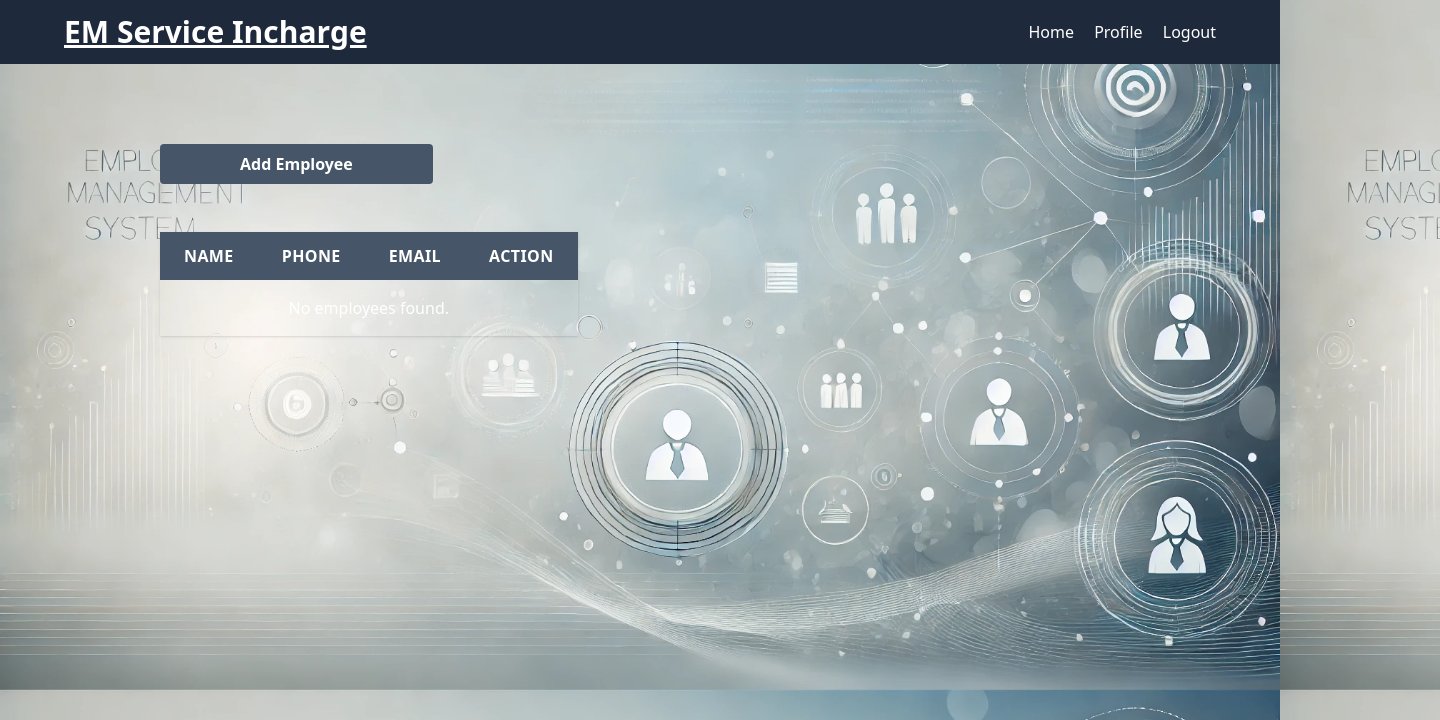
Repository: Vaibhav979/EmployeeManagement-Spring
Page: / (app in em-project-view/)
An editor plug-in stored every save of this project. The page is shown before and after a run of saves, followed by the edit.
The browser window is 1280 px wide. The page is 1440 px wide, then 1280 px, then 1440 px, so the pictures cover 1440 px, including what lies to the right of the window. The pictures show the whole page.
The page's requests for data from a server got no answer. The project was rebuilt for these pictures with package versions that can differ from the ones it lists, and the page was loaded fresh each time. No one was signed in, and anything a server would have sent is missing. Also part of the build but not shown: em-project-view/vite.config.js, em-project-view/src/components/AddEmployee.jsx.

Above is the page before, as saved 2025-01-03 23:45:33.

### em-project-view/src/App.jsx
import Navbar from "./components/Navbar";
import "./App.css";
import EmployeeList from "./components/EmployeeList";
import AddEmployee from "./components/AddEmployee";
import { BrowserRouter, Route, Routes } from "react-router-dom";

function App() {
  return (
    <>
      <BrowserRouter>
        <Navbar />

        <Routes>
          <Route index element={<EmployeeList />} />
          <Route path="/" element={<EmployeeList />} />
          <Route path="/addEmployee" element={<AddEmployee />} />
        </Routes>
      </BrowserRouter>
    </>
  );
}

export default App;

### em-project-view/src/components/Navbar.jsx
import React from "react";

const Navbar = () => {
  return (
    <div className="bg-slate-800 flex h-16 px-16 items-center">
      <h1 className="text-3xl font-bold underline">EM Service Incharge</h1>
      <div className="space-x-4 ml-auto">
        <a className="hover:text-blue-400" href="/">
          {" "}
          Home{" "}
        </a>
        <a className="hover:text-blue-400" href="/">
          {" "}
          Profile{" "}
        </a>
        <a className="hover:text-blue-400" href="/">
          {" "}
          Logout
        </a>
      </div>
    </div>
  );
};

export default Navbar;

### em-project-view/src/App.css
/* #root {
  max-width: 1280px;
  margin: 0 auto;
  padding: 2rem;
  text-align: center;
} */

.App {
  text-align: left;
}

body {
  background-image: url(./assets/image.png);
  background-size: cover;
  background-position: center;
  color: #ffffff;
  height: 90vh;
}

### em-project-view/src/components/EmployeeList.jsx
import React, { useEffect, useState } from "react";
import { useNavigate } from "react-router-dom";
import EmployeeService from "../service/EmployeeService";

const EmployeeList = () => {
  const [employees, setEmployees] = useState([]);
  const [loading, setLoading] = useState(false);
  useEffect(() => {
    const fetchData = async () => {
      setLoading(true);
      try {
        const response = await EmployeeService.getEmployees();
        setEmployees(response.data);
      } catch (error) {
        console.log(error);
      }
      setLoading(false);
    };
    fetchData();
  }, []);
  const navigate = useNavigate();
  return (
    <div className="container mx-40 my-8">
      <div>
        <button
          onClick={() => navigate("/addEmployee")}
          className="bg-slate-600 hover:bg-blue-700 my-12 font-semibold px-20 py-2 rounded"
        >
          Add Employee
        </button>
      </div>

      <div>
        <table className="shadow">
          <thead className="bg-slate-600">
            <th className="px-6 py-3 uppercase tracking-wide"> Name </th>
            <th className="px-6 py-3 uppercase tracking-wide"> Phone </th>
            <th className="px-6 py-3 uppercase tracking-wide"> Email </th>
            <th className="px-6 py-3 uppercase tracking-wide"> Action </th>
          </thead>
          {!loading && employees.length > 0 ? (
            <tbody>
              {employees.map((employee) => (
                <tr
                  key={employee.id}
                  className="hover:bg-white hover:text-black"
                >
                  <td className="text-left px-6 py-4 whitespace-nowrap">
                    {employee.name}
                  </td>
                  <td className="text-left px-6 py-4 whitespace-nowrap">
                    {employee.phone}
                  </td>
                  <td className="text-left px-6 py-4 whitespace-nowrap">
                    {employee.email}
                  </td>
                  <td className="text-left px-6 py-4 whitespace-nowrap">
                    <a href="#"> Edit📝 </a>
                    <a onClick={(e, id) => deleteEmployee(e, employee.id)}>
                      {" "}
                      Delete🗑️{" "}
                    </a>
                  </td>
                </tr>
              ))}
            </tbody>
          ) : (
            <tbody>
              <tr>
                <td colSpan="4" className="text-center py-4">
                  {loading ? "Loading..." : "No employees found."}
                </td>
              </tr>
            </tbody>
          )}
        </table>
      </div>
    </div>
  );
};

export default EmployeeList;

### em-project-view/src/service/EmployeeService.jsx
import axios from "axios";

const EMPLOYEE_S_API_BASE_URL = "http://localhost:8080/employees";
class EmployeeService {
  saveEmployee(employee) {
    return axios.post(EMPLOYEE_S_API_BASE_URL, employee);
  }

  getEmployees() {
    return axios.get(EMPLOYEE_S_API_BASE_URL);
  }

  getEmployeeById(id) {
    return axios.get(EMPLOYEE_S_API_BASE_URL + "/" + id);
  }

  deleteEmployeeById(id) {
    return axios.delete(EMPLOYEE_S_API_BASE_URL + "/" + id);
  }

  updateEmployeeById(employee, id) {
    return axios.put(EMPLOYEE_S_API_BASE_URL + "/" + id, employee);
  }
}

export default new EmployeeService();

Loaded but not shown: em-project-view/index.html (common file); em-project-view/src/main.jsx (common file); em-project-view/src/index.css (common file); em-project-view/tailwind.config.js (common file)

After the next 5 saves:
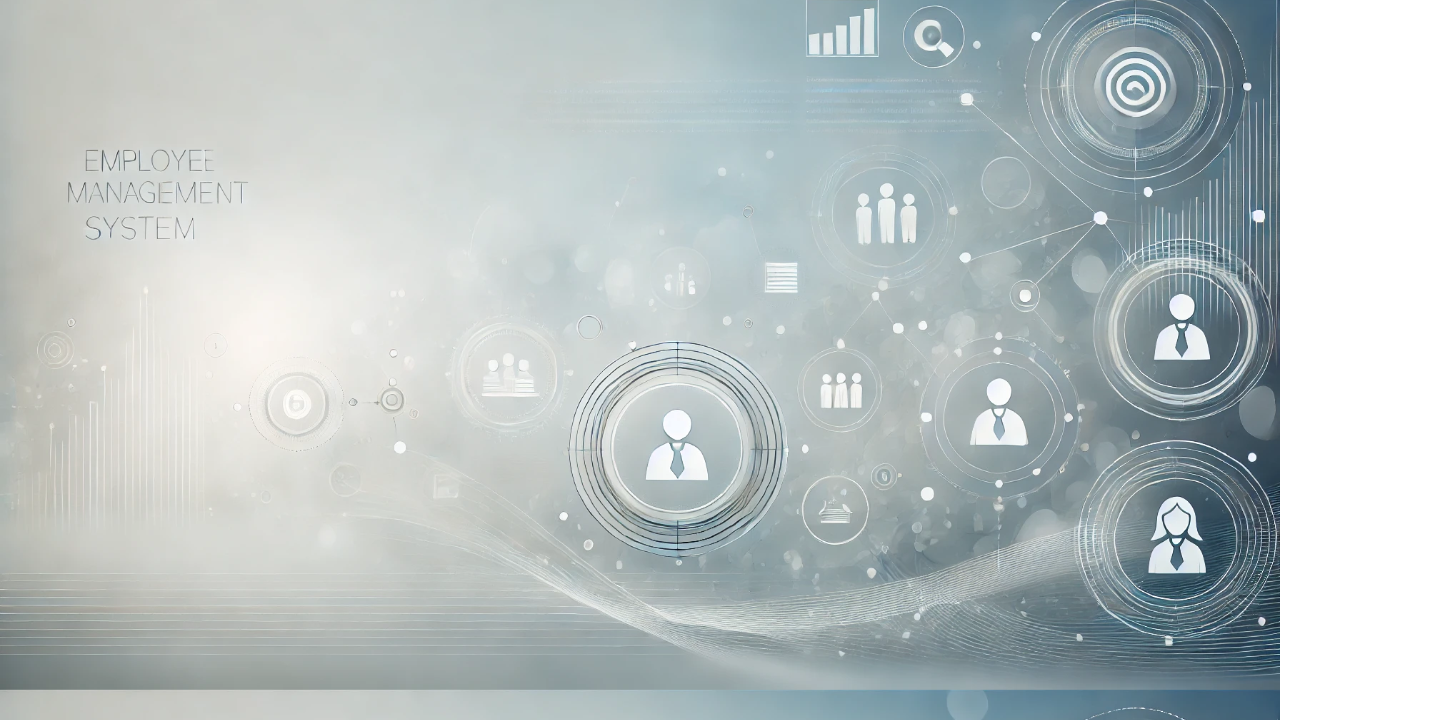
Console error: ReferenceError: e is not defined
The 5 saves are shown as one change because 1 did not build or start and some came seconds apart.
The last was saved 2 min 23 s later.
--- a/em-project-view/src/components/EmployeeList.jsx
+++ b/em-project-view/src/components/EmployeeList.jsx
@@ -18,6 +18,8 @@
     };
     fetchData();
   }, []);
+
+  const deleteEmployee = (e, id)
   const navigate = useNavigate();
   return (
     <div className="container mx-40 my-8">

After the save that followed:
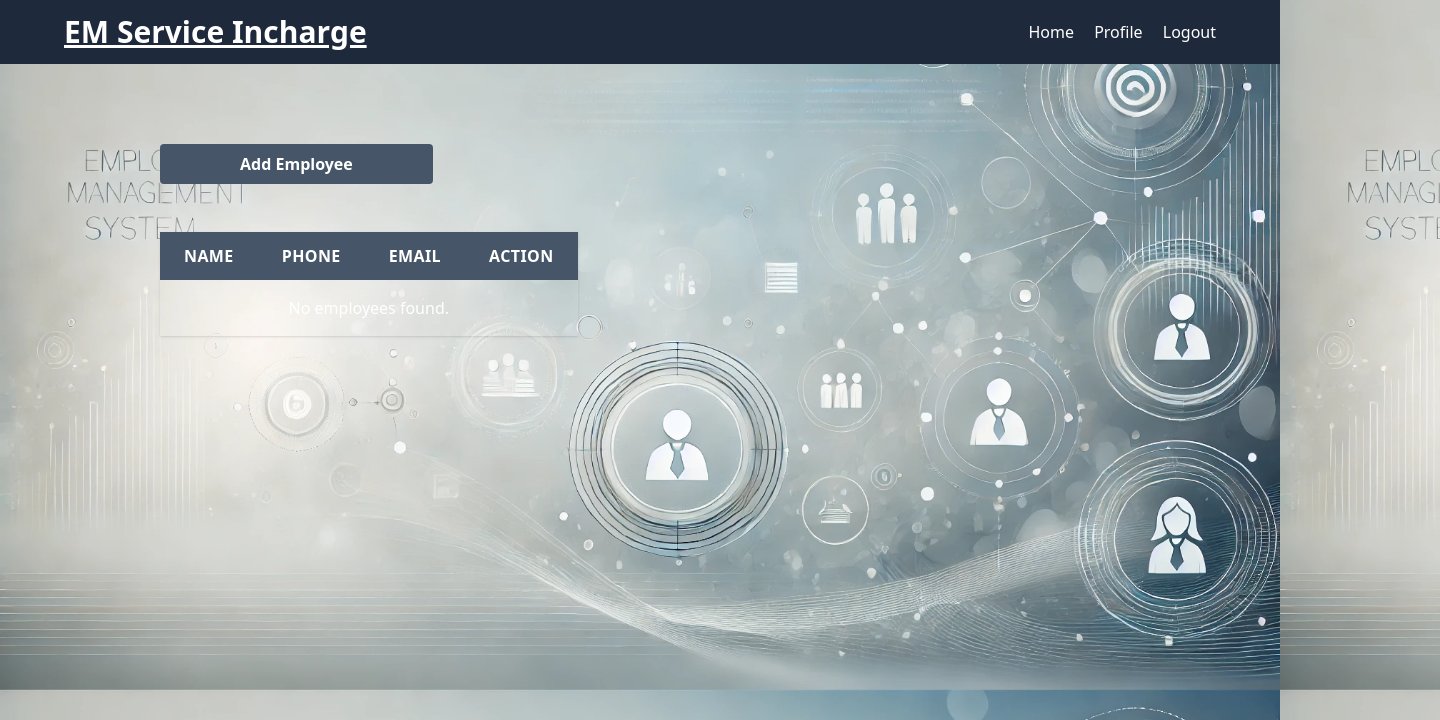
The error is gone.
Saved 4 s later.
--- a/em-project-view/src/components/EmployeeList.jsx
+++ b/em-project-view/src/components/EmployeeList.jsx
@@ -19,7 +19,9 @@
     fetchData();
   }, []);
 
-  const deleteEmployee = (e, id)
+  const deleteEmployee = (e, id) => {
+
+  }
   const navigate = useNavigate();
   return (
     <div className="container mx-40 my-8">
